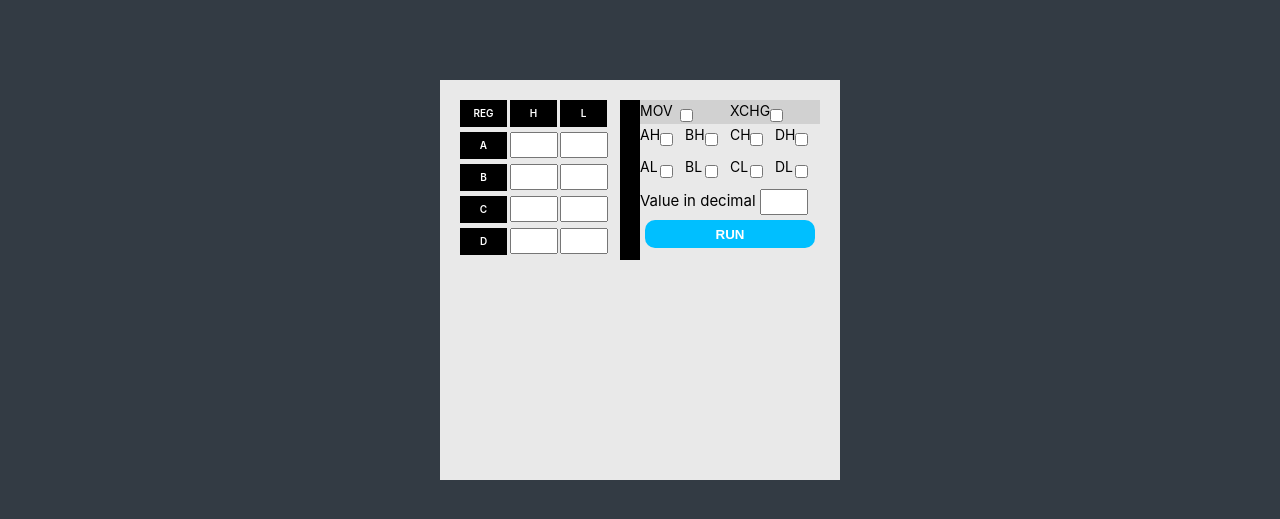
Repository: piookr-wsei/8086
Page: /
An editor plug-in stored every save of this project. The page is shown before and after the next save, followed by the edit.
The browser window is 1280 px wide. The pictures show the whole page.
The project was rebuilt for these pictures with package versions that can differ from the ones it lists, and the page was loaded fresh each time.

Above is the page before, as saved 2022-06-18 22:00:02.

### src/App.js
import React from 'react';
import { useState } from 'react';
import './App.css';
import { RegDesc, RegInput, RegWrapper, UiWindow, UiWrapper, SettingsWrapper, Labels, CheckWrapper, OpBox, LineWrap, NumDesc, RegChWrapper, Run } from './Components/Components.elements';


function App() {

  const xchg="xchg";
  const mov="mov"

  const [movChecked, setMovChecked] = useState(false);

  const [xchgChecked, setXchgChecked] = useState(false);

  const [opChosen,setOpChosen] = useState(null)

  function HandleCheck(name){
    if(name=="mov"){
      setMovChecked(!movChecked)
      setXchgChecked(false)
    }
    else if(name=="xchg"){
      setXchgChecked(!xchgChecked)
      setMovChecked(false)

    }
    setOpChosen(name)
  }

function OpChange(){
  return(
    <>
    <Labels  style={{background: "rgba(0,0,0,0.1)"}}>
      <CheckWrapper>
        MOV
        <OpBox type="checkbox"  checked={movChecked} onClick={() => HandleCheck(mov)} id="MOV"/>
      </CheckWrapper>
      <CheckWrapper style={{position:"relative", left:"10px"}}>
        XCHG
        <OpBox type="checkbox" checked={xchgChecked} onChange={() => HandleCheck(xchg)} id="XCHG" name="XCHG"/>
      </CheckWrapper>
    </Labels>
    </>
    )
  }







  return (
    <div className="App">
      <UiWindow>
        <UiWrapper>
          <RegWrapper>
            <RegDesc textContent={"REG"}/>  <RegDesc textContent={"H"}/>  <RegDesc textContent={"L"}/>

            <RegDesc textContent={"A"}/>  <RegInput maxLength={2}/> <RegInput maxLength={2}/>
            <RegDesc textContent={"B"}/>  <RegInput maxLength={2}/> <RegInput maxLength={2}/>
            <RegDesc textContent={"C"} />  <RegInput maxLength={2}/> <RegInput maxLength={2}/>
            <RegDesc textContent={"D"}/>  <RegInput maxLength={2}/> <RegInput maxLength={2}/>
          </RegWrapper>

          <SettingsWrapper>

              <OpChange/>

              <RegChWrapper>
                <CheckWrapper>
                  AH<OpBox type="checkbox"/>
                </CheckWrapper>
                <CheckWrapper>
                  BH<OpBox type="checkbox"/>
                </CheckWrapper>
                <CheckWrapper>
                  CH<OpBox type="checkbox"/>
                </CheckWrapper>
                <CheckWrapper>
                  DH<OpBox type="checkbox"/>
                </CheckWrapper>
                <CheckWrapper>
                  AL<OpBox type="checkbox"/>
                </CheckWrapper>
                <CheckWrapper>
                  BL<OpBox type="checkbox"/>
                </CheckWrapper>
                <CheckWrapper>
                  CL<OpBox type="checkbox"/>
                </CheckWrapper>
                <CheckWrapper>
                  DL<OpBox type="checkbox"/>
                </CheckWrapper>
              </RegChWrapper>

              <LineWrap>
              <NumDesc textContent={"Value in decimal"}/>  <RegInput maxLength={3} style={{width:"40px"}}/>
              </LineWrap>
              <Run>RUN</Run>
          </SettingsWrapper>



        </UiWrapper>
      </UiWindow>

    </div>
  );
}

export default App;

### src/App.css
body{
  height: 100%;
  background: rgba(1, 10, 22, 0.8);
}
.App {

}

.App-logo {
  height: 40vmin;
  pointer-events: none;
}

@media (prefers-reduced-motion: no-preference) {
  .App-logo {
    animation: App-logo-spin infinite 20s linear;
  }
}

.App-header {
  background-color: #282c34;
  min-height: 100vh;
  display: flex;
  flex-direction: column;
  align-items: center;
  justify-content: center;
  font-size: calc(10px + 2vmin);
  color: white;
}

.App-link {
  color: #61dafb;
}

@keyframes App-logo-spin {
  from {
    transform: rotate(0deg);
  }
  to {
    transform: rotate(360deg);
  }
}

### src/Components/Components.elements.js
import styled from "styled-components";

export const UiWindow = styled.div`
    height: 400px;
    width: 400px;
    background: rgb(233,233,233);
    position: relative;
    margin: auto;
    top: 80px;
`

export const UiWrapper = styled.div`
    border: 20px solid transparent;
    display: grid;
    grid-template-columns: 1fr 1fr;
`

export const RegWrapper = styled.div`
    width: 180px;
    //background: rgba(0,0,0,0.1);
    position: relative;
    left: 0;
    display: grid;
    grid-template-columns: 50px 50px 50px;
`

export const RegInput = styled.input`
    height: 20px;
    width: 40px;
    margin-bottom:5px;
    text-align: center;
`

export const SettingsWrapper = styled.div`
    width: 200px;
    //background: rgba(0,0,0,0.1);
    position: relative;
    right: 0;
    display: grid;
    grid-template-columns: 180px;
    //border: solid 1px black;
    font-size: 14px;
    line-height: 22px;
    grid-template-rows: 24px 64px repeat(auto-fit, 32px);
    right: 20px;
    border-left: 20px solid;
`

export const RegDescSC = styled.div`
    height: 27px;
    width: 47px;
    background: black;
    margin-bottom:5px;
    color: white;
    font-weight: 600;
`

export const DescText = styled.p`
    font-size: 10px;
    text-align: center;
    position: relative;
    top: -3px;
`

export function RegDesc(props){
    return(
        <RegDescSC>
            <DescText>{props.textContent}</DescText>
        </RegDescSC>
    )
}

export const Labels = styled.div`
    display: grid;
    grid-template-columns: 80px 80px;
`

export const CheckWrapper = styled.div`

    min-width: 30px;
    max-width: 65px;
    height: 25px;
    display: flex;
    justify-content: space-between;
`

export const OpBox = styled.input`
    vertical-align: "middle";
    position: relative;
    top: 3px;
    left: -9px;
`

export const LineWrap = styled.div`
    width: 180px;
    display: flex;
    align-items: center;
`

export const NumSC = styled.div`
    width: 120px;
    text-align: left !important;
`

export function NumDesc(props){
    return(
        <NumSC>
            <DescText style={{textAlign: "left", fontSize:"15px"}}>{props.textContent}</DescText>
        </NumSC>
    )
}

export const RegChWrapper = styled.div`
width: 180px;
display: grid;
grid-template-columns: 45px 45px 45px 45px ;
`

export const Run = styled.button`
width: 170px;
border-radius: 10px;
border:transparent 4px;
background-color: #00bfff;
margin: 0px auto 4px auto;
font-weight: 700;
color: white;
cursor: pointer;
`

Loaded but not shown: public/index.html (common file); src/index.js (common file); src/index.css (common file); src/reportWebVitals.js (common file)

After the next save:
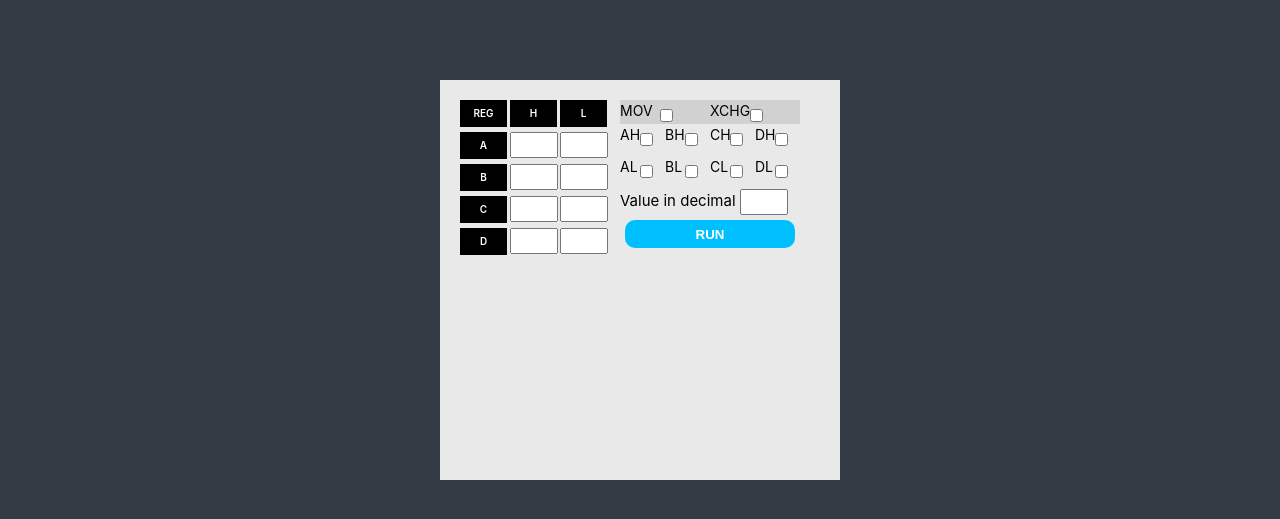
Saved 7 s later.
--- a/src/Components/Components.elements.js
+++ b/src/Components/Components.elements.js
@@ -43,7 +43,7 @@ export const SettingsWrapper = styled.div`
     line-height: 22px;
     grid-template-rows: 24px 64px repeat(auto-fit, 32px);
     right: 20px;
-    border-left: 20px solid;
+
 `
 
 export const RegDescSC = styled.div`
